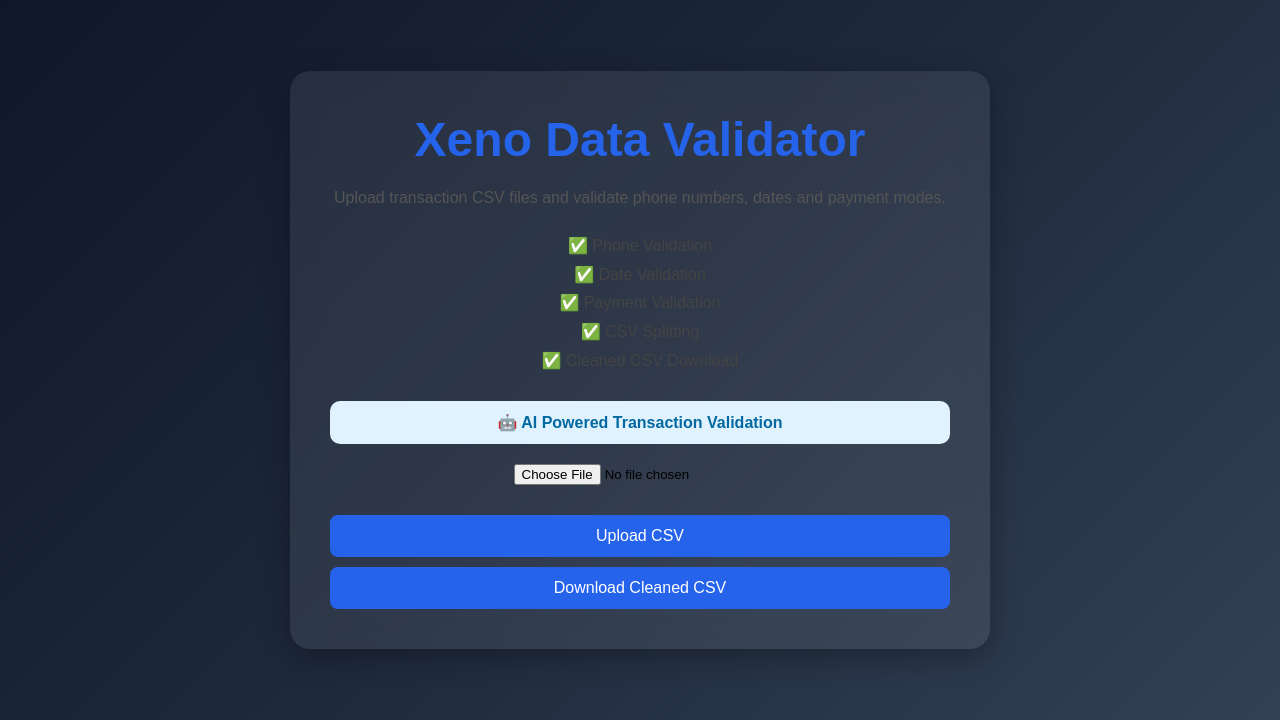
Repository: Aartigarg446/xeno-data-validator
Page: / (app in frontend/)
An editor plug-in stored every save of this project. The page is shown before and after the next save, followed by the edit.
The browser window is 1280 px wide. The pictures show the whole page.
The project was rebuilt for these pictures with package versions that can differ from the ones it lists, and the page was loaded fresh each time. Also part of the build but not shown: frontend/vite.config.js.

Above is the page before, as saved 2026-06-17 14:19:29.

After the next save:
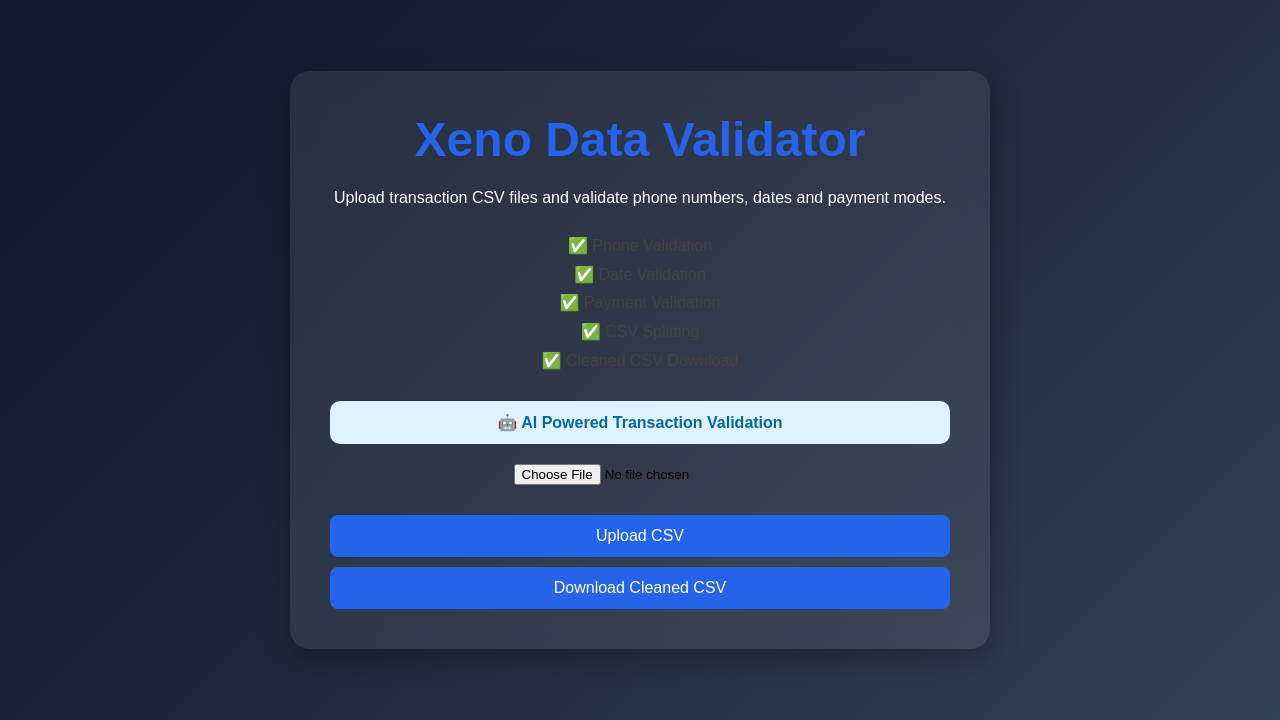
Saved 59 s later.
--- a/frontend/src/App.css
+++ b/frontend/src/App.css
@@ -40,7 +40,7 @@
 }
 
 p {
-  color: #555;
+  color: white;
   margin-bottom: 25px;
 }
 
